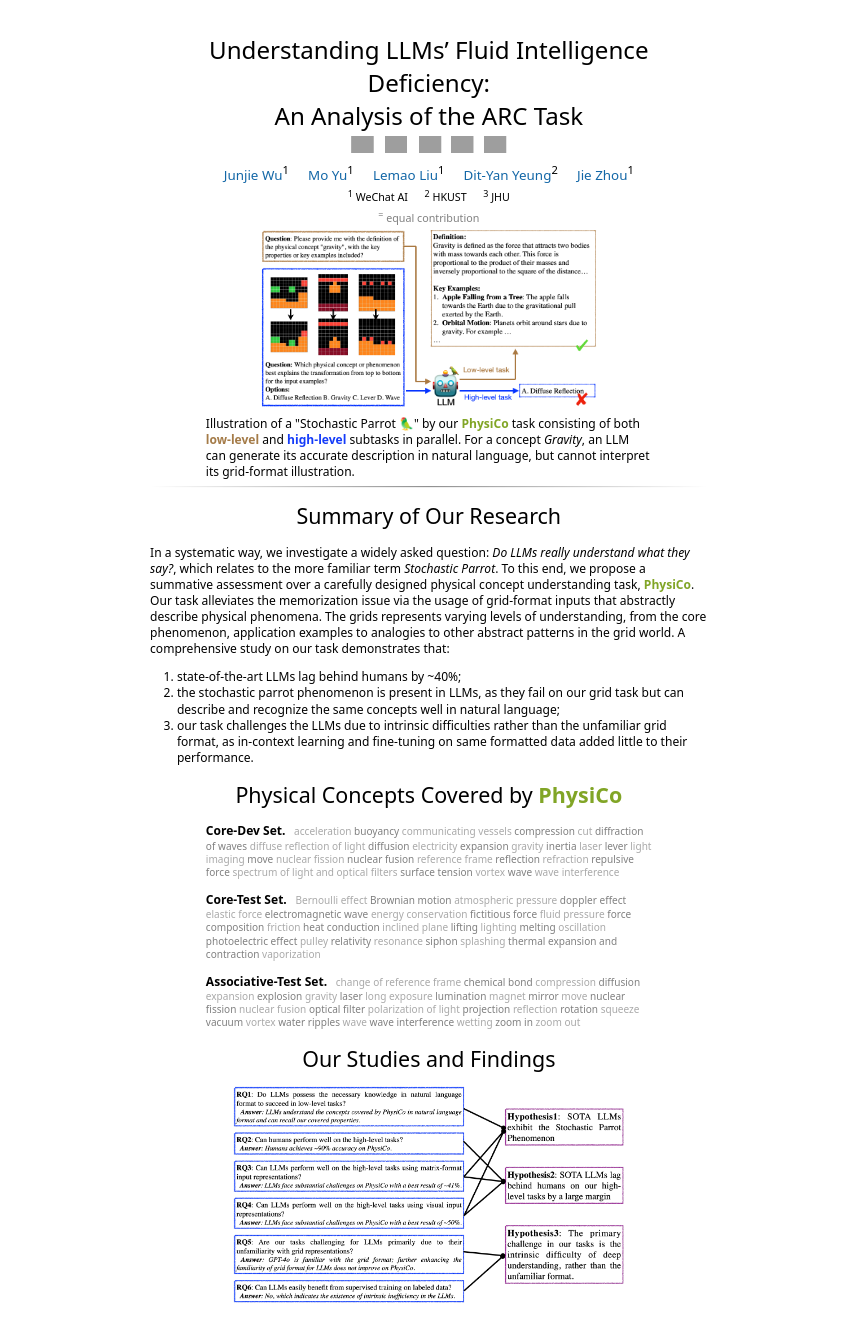
Repository: wujunjie1998/araoc-benchmark.github.io
Page: index.html
An editor plug-in stored every save of this project. The page is shown before and after the next save, followed by the edit.
The browser window is 1280 px wide. The pictures show the whole page, at 67% of full size.
Pictures or frames that could not be fetched are drawn as grey boxes.

Above is the page before, as saved 2025-02-07 21:04:27.

### index.html
<html>
  <head>
    <title>
      Understanding LLMs’ Fluid Intelligence Deficiency: An Analysis of the ARC Task
    </title>
    <link
      rel="icon"
      href="data:[embedded picture, 137 characters]"
    />
    <meta charset="UTF-8" />
    <meta name="viewport" content="width=device-width, initial-scale=1" />
    <link rel="stylesheet" href="./css/index.css" />
  </head>

  <body>
    <div class="header">
      <div class="paper-title">
        Understanding LLMs’ Fluid Intelligence Deficiency:
        <br />
        An Analysis of the ARC Task
      </div>
      <div>
        <!-- * Paper -->
        <span class="link-block">
          <a target="_blank" href="./paper.pdf"
            ><img
              class="badge"
              src="https://img.shields.io/badge/Paper-PDF-red?&labelColor=lightgray&logo=arxiv&logoColor=brown" /><img
          /></a>
        </span>
        <!-- * Dataset -->
        <span class="link-block">
          <a
            target="_blank"
            href="https://huggingface.co/datasets/ShunchiZhang/PhysiCo/"
            ><img
              class="badge"
              src="https://img.shields.io/badge/HuggingFace-Dataset-yellow?labelColor=lightgray&logo=huggingface" /><img
          /></a>
        </span>
        <!-- * Code -->
        <span class="link-block">
          <a target="_blank" href="https://github.com/physico-benchmark/physico"
            ><img
              class="badge"
              src="https://img.shields.io/badge/GitHub-Code-gray?labelColor=lightgray&logo=github&logoColor=gray" /><img /></a
        ></span>
        <!-- * Leaderboard -->
        <span class="link-block">
          <a href="./leaderboard.html"
            ><img
              class="badge"
              src="https://img.shields.io/badge/Leaderboard-Visit-blue?labelColor=lightgray&logo=stackblitz&logoColor=367BAF" /><img /></a
        ></span>
        <!-- * X Threads -->
        <span class="link-block">
          <a href="https://x.com/jieeijjie/status/1876713099752861782"
            ><img
              class="badge"
              src="https://img.shields.io/badge/Threads-black?labelColor=lightgray&logo=x&logoColor=gray" /><img /></a
        ></span>
      </div>
      <div>
        <div class="author-list">
          <span class="author-block"
            ><a href="https://wujunjie1998.github.io/">Junjie Wu</a
            ><sup>1</sup></span
          >
          <span class="author-block"
            ><a href="https://sites.google.com/site/moyunlp/">Mo Yu</a
            ><sup>1</sup></span
          >
          <span class="author-block"
            ><a href="https://lemaoliu.github.io/homepage/">Lemao Liu</a
            ><sup>1</sup></span
          >
          <span class="author-block"
            ><a href="https://sites.google.com/view/dyyeung">Dit-Yan Yeung</a
            ><sup>2</sup></span
          >
          <span class="author-block"
            ><a href="https://openreview.net/profile?id=~Jie_Zhou8">Jie Zhou</a
            ><sup>1</sup></span
          >
        </div>
        <div class="inst-list">
          <span class="institution-block"><sup>1</sup> WeChat AI</span>
          <span class="institution-block"><sup>2</sup> HKUST</span>
          <span class="institution-block"><sup>3</sup> JHU</span>
        </div>
        <div class="note-block"><sup>=</sup> equal contribution</div>
      </div>
    </div>

    <div class="teaser">
      <center>
        <img src="./img/teaser.png" />
        <figcaption>
          Illustration of a "Stochastic Parrot 🦜" by our
          <span class="dataset-name">PhysiCo</span> task consisting of both
          <b style="color: #a47b48">low-level</b> and
          <b style="color: #153cf9">high-level</b> subtasks in parallel. For a
          concept <i>Gravity</i>, an LLM can generate its accurate description
          in natural language, but cannot interpret its grid-format
          illustration.
        </figcaption>
      </center>
    </div>

    <hr />

    <!-- ^ Summary of Our Research -->
    <center><h1>Summary of Our Research</h1></center>
    <div class="content">
      <!-- <p style="font-size: large; text-align: center">
        <b>TL;DR:</b>
      </p> -->
      <p>
        In a systematic way, we investigate a widely asked question:
        <i>Do LLMs really understand what they say?</i>, which relates to the
        more familiar term <i>Stochastic Parrot</i>. To this end, we propose a
        summative assessment over a carefully designed physical concept
        understanding task, <span class="dataset-name">PhysiCo</span>. Our task
        alleviates the memorization issue via the usage of grid-format inputs
        that abstractly describe physical phenomena. The grids represents
        varying levels of understanding, from the core phenomenon, application
        examples to analogies to other abstract patterns in the grid world. A
        comprehensive study on our task demonstrates that:
      </p>
      <ol>
        <li>state-of-the-art LLMs lag behind humans by ~40%;</li>
        <li>
          the stochastic parrot phenomenon is present in LLMs, as they fail on
          our grid task but can describe and recognize the same concepts well in
          natural language;
        </li>
        <li>
          our task challenges the LLMs due to intrinsic difficulties rather than
          the unfamiliar grid format, as in-context learning and fine-tuning on
          same formatted data added little to their performance.
        </li>
      </ol>
    </div>

    <!-- ^ Physical Concepts Covered by `PhysiCo` -->
    <center>
      <h1>
        Physical Concepts Covered by <span class="dataset-name">PhysiCo</span>
      </h1>
    </center>
    <div class="content narrower">
      <p>
        <strong>Core-Dev Set.</strong>&ensp;<span style="font-size: smaller">
          <span style="color: darkgray">acceleration</span>
          <span style="color: gray">buoyancy</span>
          <span style="color: darkgray">communicating vessels</span>
          <span style="color: gray">compression</span>
          <span style="color: darkgray">cut</span>
          <span style="color: gray">diffraction of waves</span>
          <span style="color: darkgray">diffuse reflection of light</span>
          <span style="color: gray">diffusion</span>
          <span style="color: darkgray">electricity</span>
          <span style="color: gray">expansion</span>
          <span style="color: darkgray">gravity</span>
          <span style="color: gray">inertia</span>
          <span style="color: darkgray">laser</span>
          <span style="color: gray">lever</span>
          <span style="color: darkgray">light imaging</span>
          <span style="color: gray">move</span>
          <span style="color: darkgray">nuclear fission</span>
          <span style="color: gray">nuclear fusion</span>
          <span style="color: darkgray">reference frame</span>
          <span style="color: gray">reflection</span>
          <span style="color: darkgray">refraction</span>
          <span style="color: gray">repulsive force</span>
          <span style="color: darkgray"
            >spectrum of light and optical filters</span
          >
          <span style="color: gray">surface tension</span>
          <span style="color: darkgray">vortex</span>
          <span style="color: gray">wave</span>
          <span style="color: darkgray">wave interference</span></span
        >
      </p>
      <p>
        <strong>Core-Test Set.</strong>&ensp;<span style="font-size: smaller">
          <span style="color: darkgray">Bernoulli effect</span>
          <span style="color: gray">Brownian motion</span>
          <span style="color: darkgray">atmospheric pressure</span>
          <span style="color: gray">doppler effect</span>
          <span style="color: darkgray">elastic force</span>
          <span style="color: gray">electromagnetic wave</span>
          <span style="color: darkgray">energy conservation</span>
          <span style="color: gray">fictitious force</span>
          <span style="color: darkgray">fluid pressure</span>
          <span style="color: gray">force composition</span>
          <span style="color: darkgray">friction</span>
          <span style="color: gray">heat conduction</span>
          <span style="color: darkgray">inclined plane</span>
          <span style="color: gray">lifting</span>
          <span style="color: darkgray">lighting</span>
          <span style="color: gray">melting</span>
          <span style="color: darkgray">oscillation</span>
          <span style="color: gray">photoelectric effect</span>
          <span style="color: darkgray">pulley</span>
          <span style="color: gray">relativity</span>
          <span style="color: darkgray">resonance</span>
          <span style="color: gray">siphon</span>
          <span style="color: darkgray">splashing</span>
          <span style="color: gray">thermal expansion and contraction</span>
          <span style="color: darkgray">vaporization</span></span
        >
      </p>
      <p>
        <strong>Associative-Test Set.</strong>&ensp;<span
          style="font-size: smaller"
        >
          <span style="color: darkgray">change of reference frame</span>
          <span style="color: gray">chemical bond</span>
          <span style="color: darkgray">compression</span>
          <span style="color: gray">diffusion</span>
          <span style="color: darkgray">expansion</span>
          <span style="color: gray">explosion</span>
          <span style="color: darkgray">gravity</span>
          <span style="color: gray">laser</span>
          <span style="color: darkgray">long exposure</span>
          <span style="color: gray">lumination</span>
          <span style="color: darkgray">magnet</span>
          <span style="color: gray">mirror</span>
          <span style="color: darkgray">move</span>
          <span style="color: gray">nuclear fission</span>
          <span style="color: darkgray">nuclear fusion</span>
          <span style="color: gray">optical filter</span>
          <span style="color: darkgray">polarization of light</span>
          <span style="color: gray">projection</span>
          <span style="color: darkgray">reflection</span>
          <span style="color: gray">rotation</span>
          <span style="color: darkgray">squeeze</span>
          <span style="color: gray">vacuum</span>
          <span style="color: darkgray">vortex</span>
          <span style="color: gray">water ripples</span>
          <span style="color: darkgray">wave</span>
          <span style="color: gray">wave interference</span>
          <span style="color: darkgray">wetting</span>
          <span style="color: gray">zoom in</span>
          <span style="color: darkgray">zoom out</span></span
        >
      </p>
    </div>

    <!-- ^ Our Studies and Findings -->
    <center><h1>Our Studies and Findings</h1></center>
    <div class="content">
      <!-- <p>Foo Bar</p> -->
      <center>
        <img src="./img/rq.png" width="70%" />
        <!-- <figcaption style="text-align: center">
          6 Research Questions (RQs) and 3 Hypotheses
        </figcaption> -->
      </center>
    </div>
  </body>
</html>

### css/index.css
@import url("https://fonts.googleapis.com/css2?family=Noto+Sans:ital,wght@0,100..900;1,100..900&display=swap");

body {
  font-family: "Noto Sans", sans-serif;
  font-optical-sizing: auto;
  font-style: normal;
  font-variation-settings: "wdth" 100;
  font-weight: 400;
  font-size: 18px;
  margin: 50px auto;
  width: 65%;
}

div.header,
div.teaser,
div.content {
  margin-left: auto;
  margin-right: auto;
}

div.narrower {
  width: 80% !important;
}

div.header div {
  margin: 6px;
  text-align: center;
}

div.teaser img {
  max-width: 60%;
}

.paper-title {
  font-size: 36px;
}

.author-block {
  font-size: 20px;
  margin: 0px 12px;
}

.institution-block {
  font-size: 16px;
  margin: 0px 10px;
}

.note-block {
  color: gray;
  font-size: 16px;
}

.link-block {
  font-size: 24px;
  font-weight: bold;
  margin: 0px 5px;
}

.badge {
  width: auto;
  height: 2vw;
}

.dataset-name {
  font-weight: bold;
  color: #81a526;
}

h1 {
  font-size: 32px;
  font-weight: 300;
}

.disclaimerbox {
  background-color: #eee;
  border: 1px solid #eeeeee;
  border-radius: 10px;
  -moz-border-radius: 10px;
  -webkit-border-radius: 10px;
  padding: 20px;
}

video.header-vid {
  height: 140px;
  border: 1px solid black;
  border-radius: 10px;
  -moz-border-radius: 10px;
  -webkit-border-radius: 10px;
}

figcaption {
  margin: 10px 0px;
  width: 80%;
  text-align: left;
}

img.header-img {
  height: 140px;
  border: 1px solid black;
  border-radius: 10px;
  -moz-border-radius: 10px;
  -webkit-border-radius: 10px;
}

img.rounded {
  border: 1px solid #eeeeee;
  border-radius: 10px;
  -moz-border-radius: 10px;
  -webkit-border-radius: 10px;
}

a:link,
a:visited {
  color: #1367a7;
  text-decoration: none;
}
a:hover {
  color: #208799;
}

td.dl-link {
  height: 160px;
  text-align: center;
  font-size: 22px;
}

.vert-cent {
  position: relative;
  top: 50%;
  transform: translateY(-50%);
}

hr {
  border: 0;
  height: 1px;
  background-image: linear-gradient(
    to right,
    rgba(0, 0, 0, 0),
    rgba(0, 0, 0, 0.75),
    rgba(0, 0, 0, 0)
  );
}

.citation {
  text-align: left;
  font-family: monospace;
  font-size: 8pt;
  text-wrap: auto;
}

@media screen and (max-width: 1120px) {
  body {
    font-size: 16px;
    width: 90%;
  }
  div.teaser img {
    max-width: 100%;
  }
  .paper-title {
    font-size: 26px;
  }
  .author-block,
  .institution-block,
  .note-block {
    font-size: 14px;
  }
  .link-block {
    font-size: 20px;
  }
  .badge {
    width: auto;
    height: 28px;
    margin-top: 3px;
    margin-bottom: 3px;
  }
  h1 {
    font-size: 26px;
  }
}

After the next save:
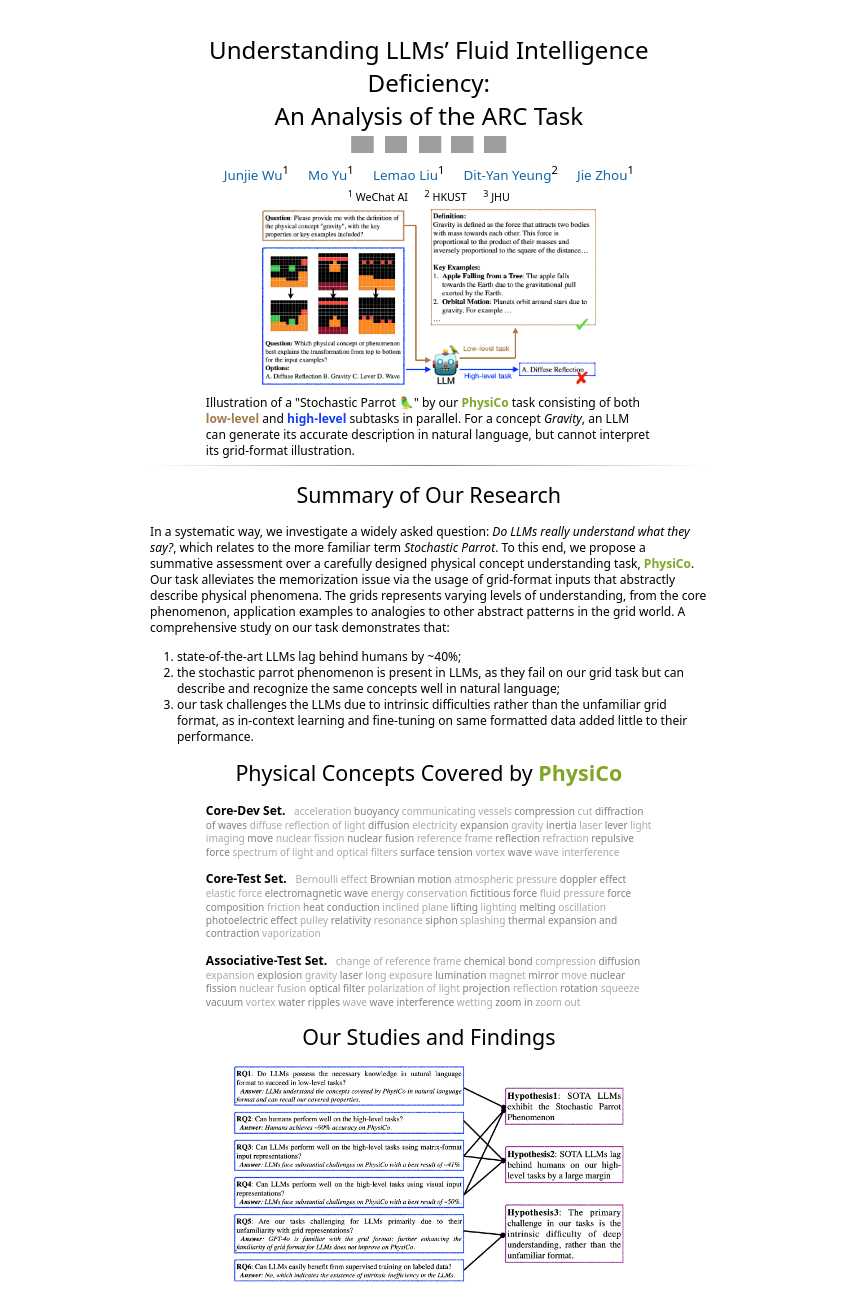
Saved 9 s later.
--- a/index.html
+++ b/index.html
@@ -88,7 +88,6 @@
           <span class="institution-block"><sup>2</sup> HKUST</span>
           <span class="institution-block"><sup>3</sup> JHU</span>
         </div>
-        <div class="note-block"><sup>=</sup> equal contribution</div>
       </div>
     </div>
 
